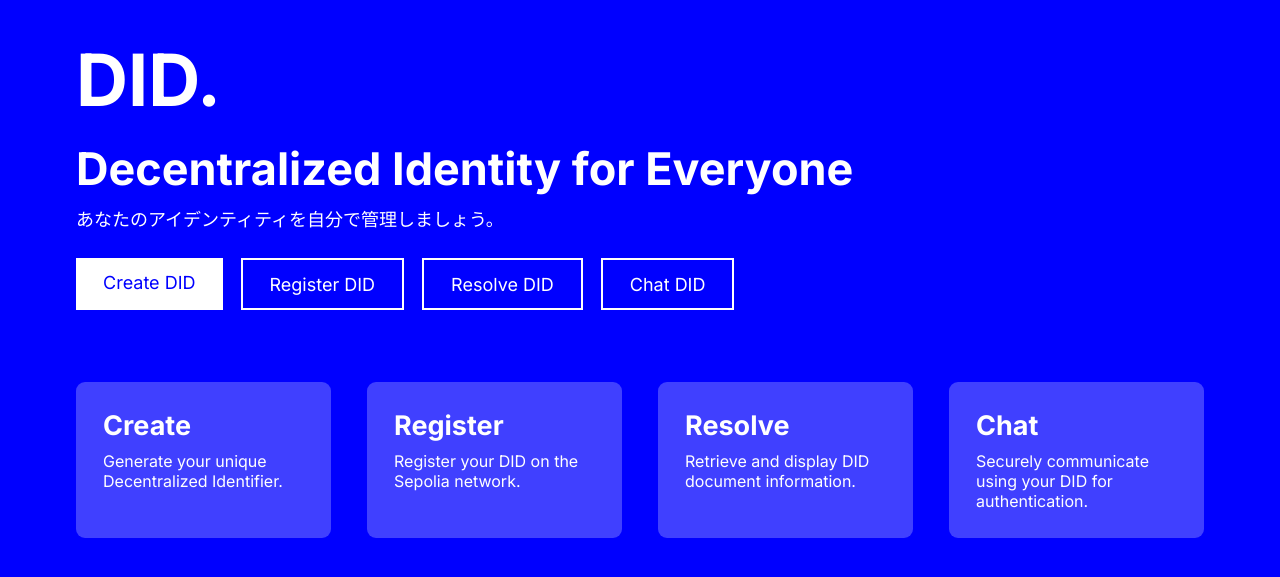
Repository: a7351220/ethr_did_demo
Page: /
An editor plug-in stored every save of this project. The page is shown before and after the next save, followed by the edit.
The browser window is 1280 px wide. The pictures show the whole page.
The project was rebuilt for these pictures with package versions that can differ from the ones it lists, and the page was loaded fresh each time. The framework's server and built-in components were replaced by stand-ins that run in the browser. Also part of the build but not shown: next.config.mjs.

Above is the page before, as saved 2024-07-10 16:45:37.

After the next save:
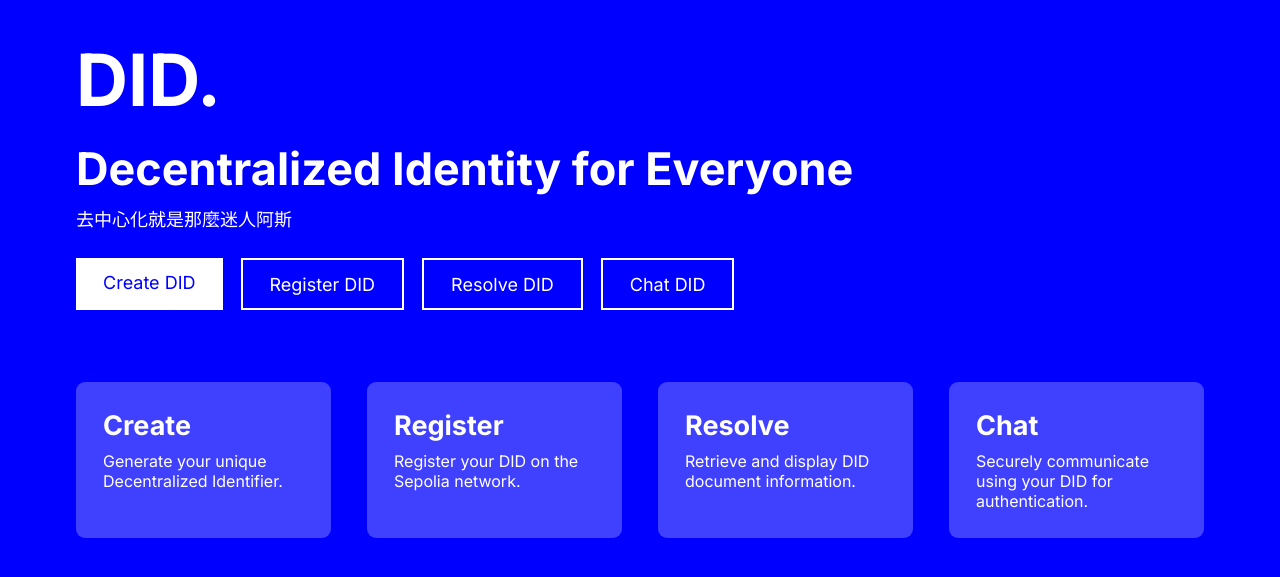
Saved 4 min 20 s later.
--- a/src/app/page.tsx
+++ b/src/app/page.tsx
@@ -7,7 +7,7 @@
         <section className="hero">
           <h1 className="title">DID.</h1>
           <h2 className="subtitle">Decentralized Identity for Everyone</h2>
-          <p className="description">あなたのアイデンティティを自分で管理しましょう。</p>
+          <p className="description">去中心化就是那麼迷人阿斯</p>
           <div className="cta-buttons">
             <Link href="/did/create" className="cta-button primary">
               Create DID

After the save that followed:
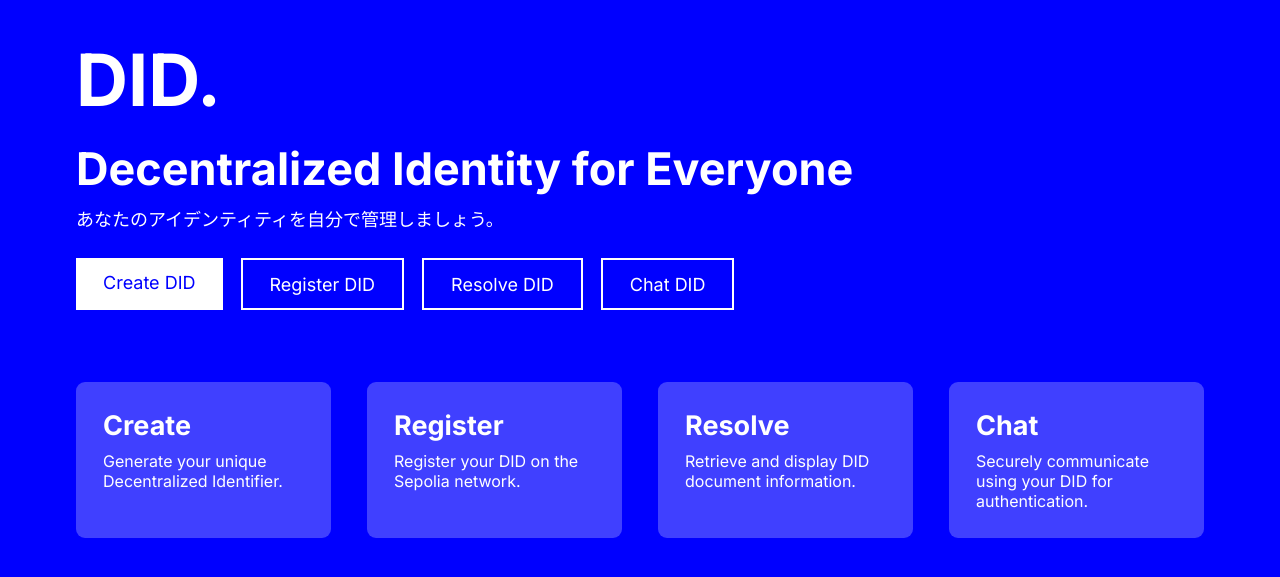
Saved 7 s later.
--- a/src/app/page.tsx
+++ b/src/app/page.tsx
@@ -7,7 +7,7 @@
         <section className="hero">
           <h1 className="title">DID.</h1>
           <h2 className="subtitle">Decentralized Identity for Everyone</h2>
-          <p className="description">去中心化就是那麼迷人阿斯</p>
+          <p className="description">あなたのアイデンティティを自分で管理しましょう。</p>
           <div className="cta-buttons">
             <Link href="/did/create" className="cta-button primary">
               Create DID
